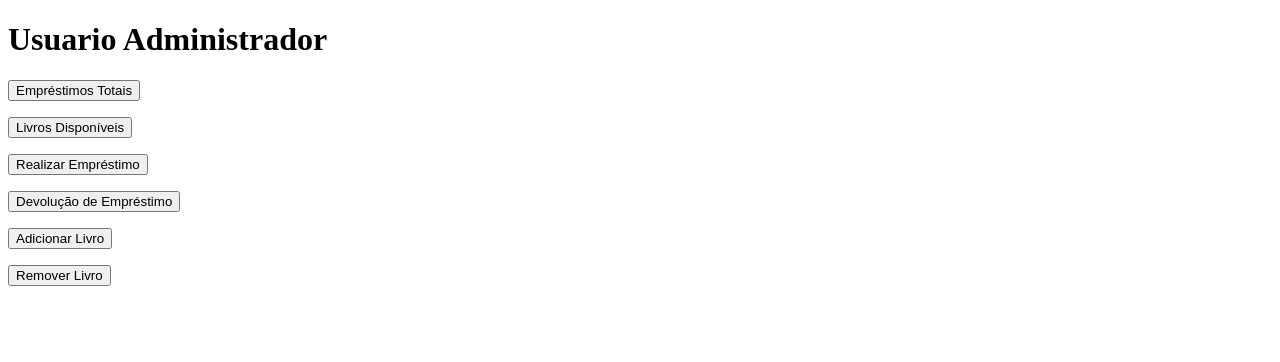
Repository: lmsmorais/ProjectEpiousion
Page: http://localhost/LibraryProject/jsp/usuarioAdmin.jsp
An editor plug-in stored every save of this project. The page is shown before and after the next save, followed by the edit.
The browser window is 1280 px wide. The pictures show the whole page.
The page is served by Tomcat 9. Other server files are loaded and not shown.

Above is the page before, as saved 2020-11-12 17:41:26.

### LibraryProject/WebContent/jsp/usuarioAdmin.jsp
<%@ page language="java" contentType="text/html; charset=UTF-8"
    pageEncoding="UTF-8"%>
<!DOCTYPE html>
<html>
<head>
<meta charset="UTF-8">
<title>Usuario Administrador</title>
</head>
<body>
	<h1>Usuario Administrador</h1>

	<A HREF='${pageContext.request.contextPath}/EmprestimosTotais'><button>Empréstimos Totais</button></A>
	<p>
	<A HREF='${pageContext.request.contextPath}/LivrosDisponiveisServlet'><button>Livros Disponíveis</button></A>
	<p>
	<A HREF='${pageContext.request.contextPath}/realizarEmprestimo.jsp'><button>Realizar Empréstimo</button></A>
	<p>
	<A HREF='${pageContext.request.contextPath}/devolucao.jsp'><button>Devolução de Empréstimo</button></A>
	<p>
	<A HREF='${pageContext.request.contextPath}/adicionarLivro.jsp'><button>Adicionar Livro</button></A>
	<p>
	<A HREF='${pageContext.request.contextPath}/removerLivro.jsp'><button>Remover Livro</button></A>



</body>
</html>

After the next save:
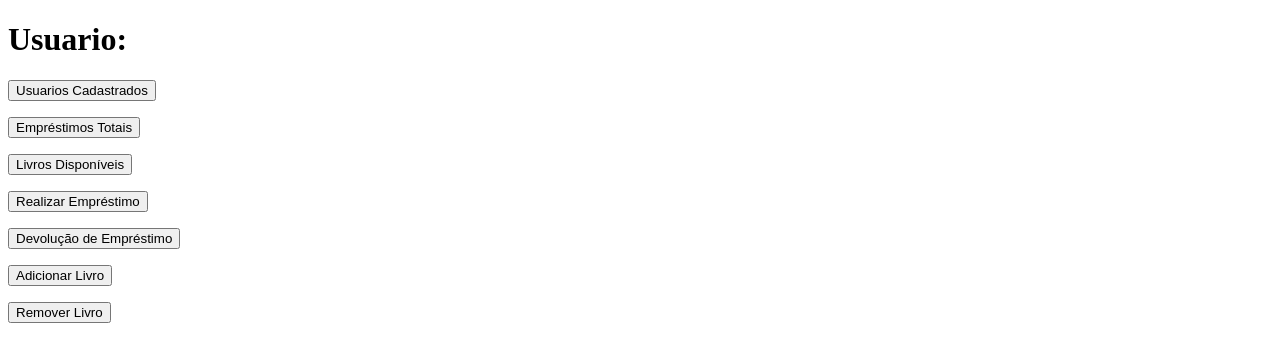
Saved 8 s later.
--- a/LibraryProject/WebContent/jsp/usuarioAdmin.jsp
+++ b/LibraryProject/WebContent/jsp/usuarioAdmin.jsp
@@ -7,8 +7,10 @@
 <title>Usuario Administrador</title>
 </head>
 <body>
-	<h1>Usuario Administrador</h1>
+	<h1>Usuario: ${sessionScope.username}</h1>
 
+	<A HREF='${pageContext.request.contextPath}/UsuariosTotais'><button>Usuarios Cadastrados</button></A>
+	<p>
 	<A HREF='${pageContext.request.contextPath}/EmprestimosTotais'><button>Empréstimos Totais</button></A>
 	<p>
 	<A HREF='${pageContext.request.contextPath}/LivrosDisponiveisServlet'><button>Livros Disponíveis</button></A>
